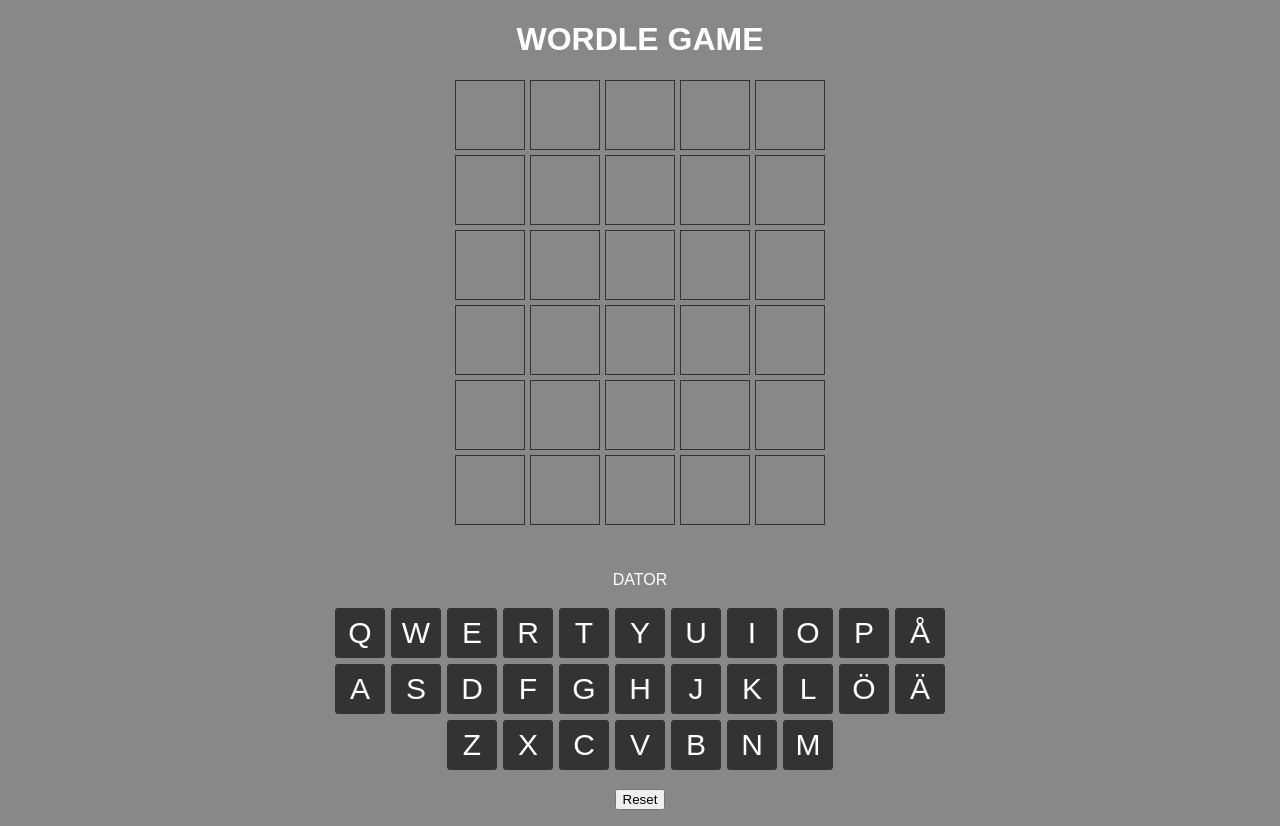
Repository: KarimIsaac/WorldeGame
Page: index.html
An editor plug-in stored every save of this project. The page is shown before and after a run of saves, followed by the edit.
The browser window is 1280 px wide. The pictures show the whole page.

Above is the page before, as saved 2022-03-13 07:23:58.

### index.html
<!DOCTYPE html>
<html lang="en">
<head>
    <meta charset="UTF-8">
    <meta http-equiv="X-UA-Compatible" content="IE=edge">
    <meta name="viewport" content="width=device-width, initial-scale=1.0">
    <title>Worlde Game</title>
    <link rel="stylesheet" href="style.css">
</head>
<body>

    <h1>Wordle Game</h1>
    <div id="grid"></div>
    <p id="answer"></p>
    <div id="keyboard"></div>

    <p>
      <button onClick="init()">Reset</button>
      </o>

      <script src="script.js"></script>
</body>
</html>

### style.css
html,
body {
  text-align: center;
  background: rgb(136, 136, 136);
  color: white;
  text-transform: uppercase;
  font-family: sans-serif;
}

#grid {
  display: inline-grid;
  grid-template-rows: repeat(6, 70px);
  grid-template-columns: repeat(5, 70px);
  gap: 5px;
  margin-bottom: 30px;
}

#grid div {
  border: 1px solid #333;
  display: flex;
  align-items: center;
  justify-content: center;
  font-size: 40px;
}

#keyboard button {
  appearance: none;
  border: 1px solid #333;
  background: #333;
  color: white;
  font-size: 30px;
  display: inline-block;
  width: 50px;
  height: 50px;
  line-height: 1;
  margin: 3px;
  text-transform: uppercase;
  border-radius: 3px;
}

.answer{
display: none;

}

### script.js
const grid = document.getElementById("grid");
const keyboard = document.getElementById("keyboard");

let answer = "";

const words = [
, "spela"
, "äpple"
, "hoppa"
, "dansa"
, "dator"
, "cykla"
, "skola"
, "TRÄNA"
];

let attempts = [];
let currentAttempt = "";

function drawGrid() {
  grid.innerHTML = "";

  for (i = 0; i < 6; i++) {
    for (j = 0; j < 5; j++) {
      const cell = document.createElement("div");
      grid.appendChild(cell);
    }
  }
}

function drawKeyboard() {
  keyboard.innerHTML = "";

  renderKeyboardRow("qwertyuiopå");
  renderKeyboardRow("asdfghjklöä");
  renderKeyboardRow("zxcvbnm");
}

function renderKeyboardRow(chars) {
  const row = document.createElement("div");

  for (const c of chars) {
    const key = document.createElement("button");
    key.textContent = c;
    key.onclick = () => playLetter(c);

    row.appendChild(key);
  }

  keyboard.appendChild(row);
}

function renderAttempts() {
  for (i = 0; i < attempts.length; i++) {
    const attempt = attempts[i];

    for (j = 0; j < 5; j++) {
      const letter = attempt[j];

      cell = grid.children[i * 5 + j];
      cell.textContent = letter;

      if (letter === answer[j]) {
        cell.style.backgroundColor = "green";
      } else if (answer.includes(letter)) {
        cell.style.backgroundColor = "#bfbf2e";
      } else {
        cell.style.backgroundColor = "#000";
      }
    }
  }
}

function renderCurrentAttempt() {
  for (i = 0; i < 5; i++) {
    const letter = currentAttempt[i] || "";

    cell = grid.children[attempts.length * 5 + i];
    cell.textContent = letter;
  }
}

function playLetter(letter) {
  currentAttempt = currentAttempt + letter;

  renderCurrentAttempt();
}

function handleInput(e) {
  const key = e.key.toLowerCase();

  if (key === "enter" && currentAttempt.length === 5) {
    attempts.push(currentAttempt);
    currentAttempt = "";

    renderAttempts();
  }

  if (key === "backspace" && currentAttempt.length) {
    const letters = currentAttempt.split("");
    letters.pop();
    currentAttempt = letters.join("");

    renderCurrentAttempt();
  }

  if (/^[a-z]$/.test(key) && currentAttempt.length < 5) {
    playLetter(key);
  }
}

function init() {
  attempts = [];
  currentAttempt = "";

  answer = words[Math.floor(Math.random() * words.length)];

  document.getElementById("answer").textContent = answer;

  drawGrid();
  drawKeyboard();

  renderAttempts();
  renderCurrentAttempt();

  document.removeEventListener("keydown", handleInput);
  document.addEventListener("keydown", handleInput);
}

init();

After the next 6 saves:
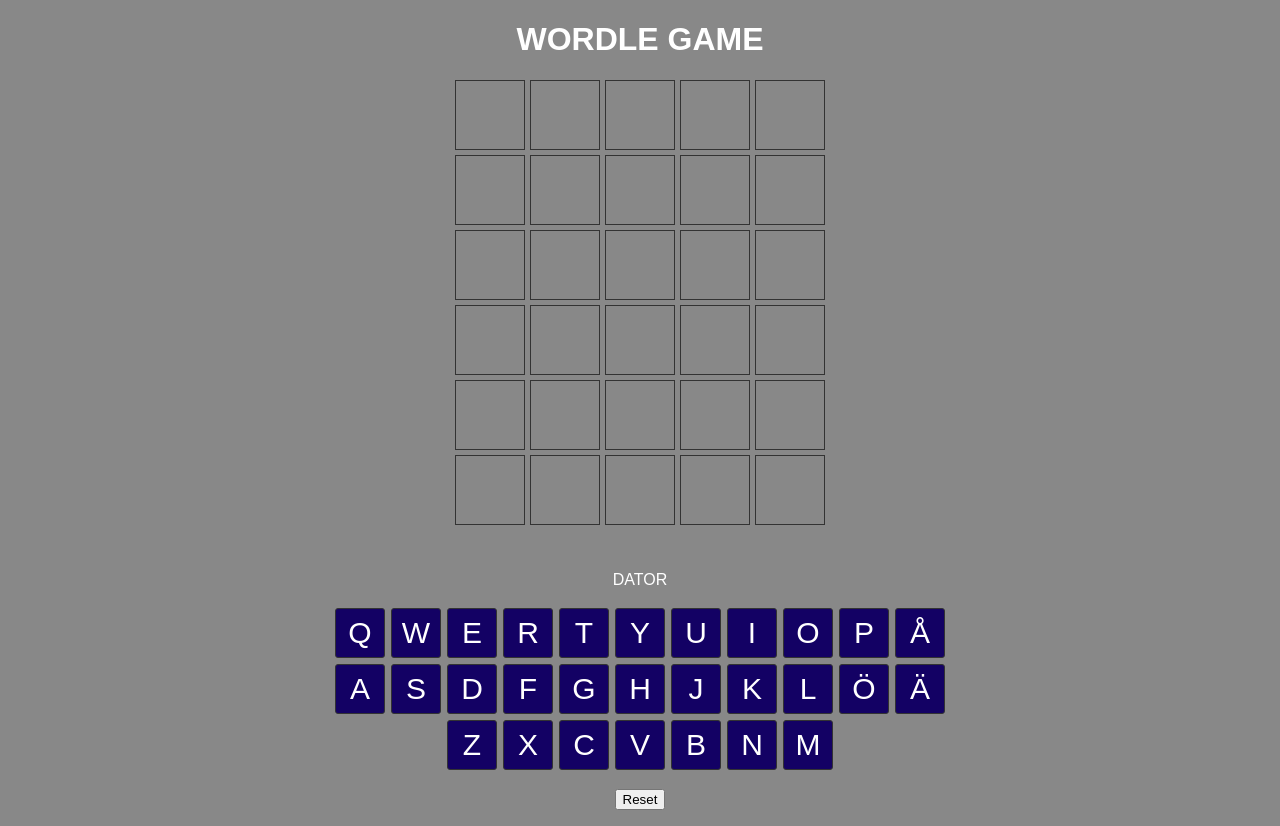
The 6 saves are shown as one change because they came seconds apart.
The last was saved 51 s later.
--- a/style.css
+++ b/style.css
@@ -26,7 +26,7 @@ body {
 #keyboard button {
   appearance: none;
   border: 1px solid #333;
-  background: #333;
+  background: rgb(19, 1, 100);
   color: white;
   font-size: 30px;
   display: inline-block;
